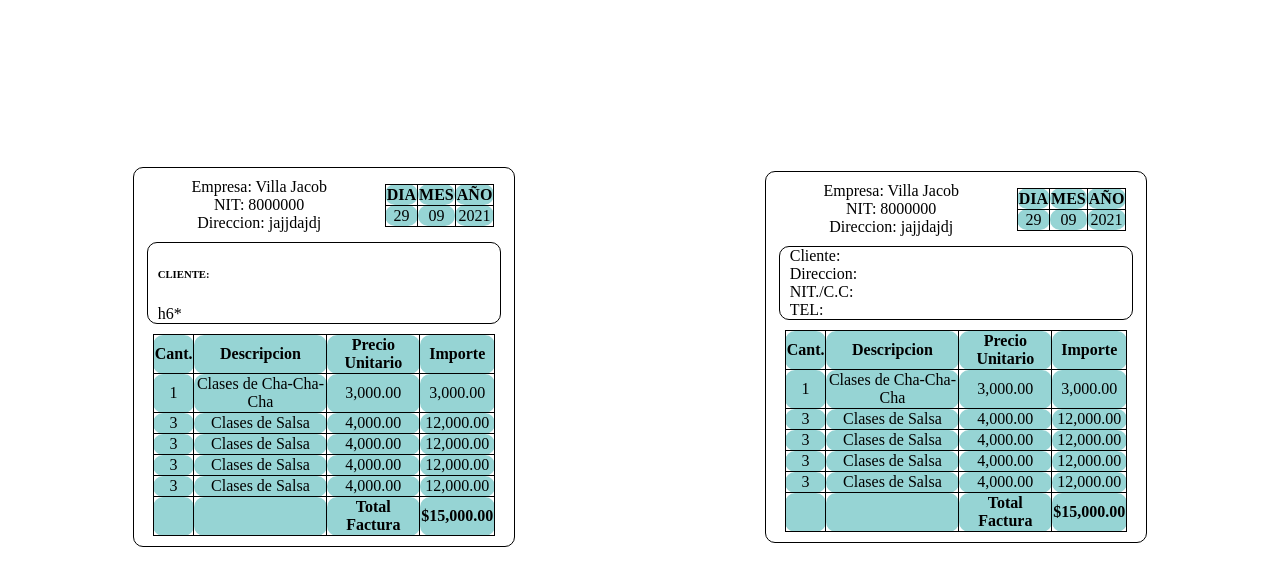
Repository: MrVanQish/FacturaEstructura
Page: index.html
These files come from the project's save history. The page is drawn as it stood at one moment and after the next save; the edit follows.
The browser window is 1280 px wide. The pictures show the whole page.

Above is the page before, as saved 2021-09-29 11:55:12.

After the next save:
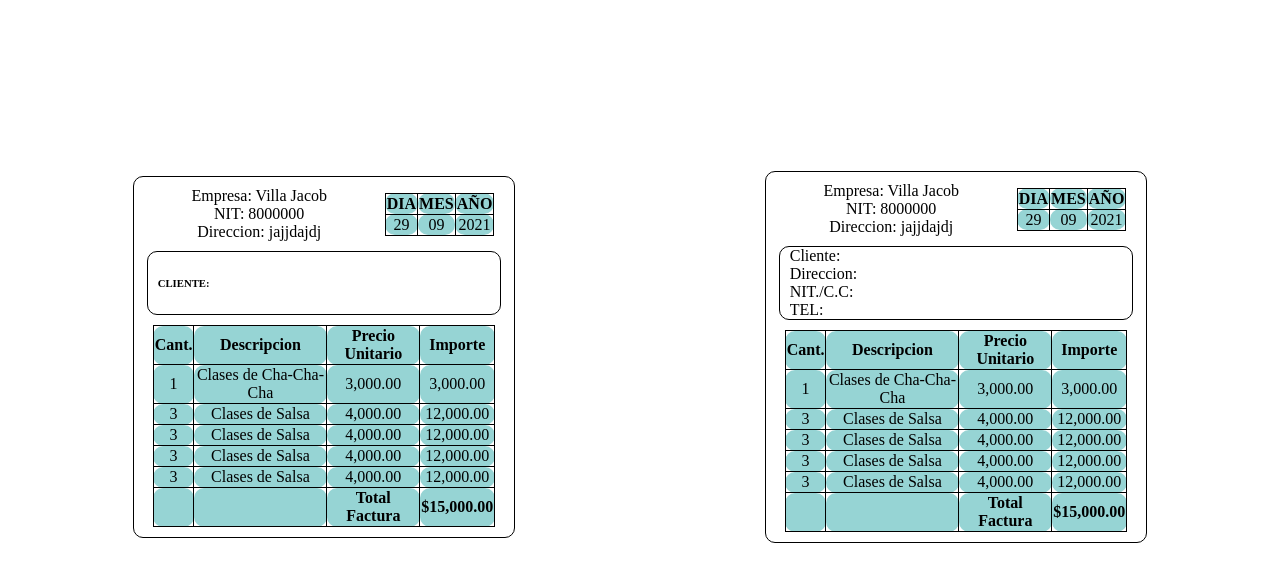
Saved 6 s later.
--- a/index.html
+++ b/index.html
@@ -43,7 +43,10 @@
 
                 <div class="infoCliente-f">
                   <h6>CLIENTE: </h6>
-                  h6*
+                  <h6></h6>
+                  <h6></h6>
+                  <h6></h6>
+                  <h6></h6>
                    <!--  <table>
                           <tbody>
                             <tr>
